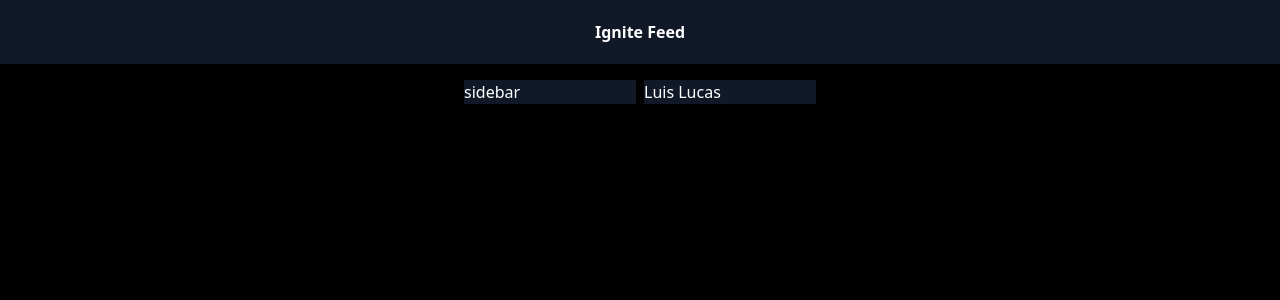
Repository: LuisSempre/ignite-feed
Page: /
These files come from the project's save history. The page is drawn as it stood at one moment and after the next save; the edit follows.
The browser window is 1280 px wide. The pictures show the whole page.
The project was rebuilt for these pictures with package versions that can differ from the ones it lists, and the page was loaded fresh each time. Also part of the build but not shown: vite.config.js.

Above is the page before, as saved 2022-07-13 21:17:07.

### src/App.jsx
import { Header } from "./Components/Header"
function App() {
  return (
    <div>
      <Header />
      <div className="max-w-sm mx-auto p-4 grid grid-cols-2 gap-2 items-start">
        <div className="bg-gray-900">
          sidebar
        </div>
        <div className="bg-gray-900">
          Luis Lucas
        </div>
      </div>
    </div>
  );
}

export default App;

### src/index.css
@tailwind base;
@tailwind components;
@tailwind utilities;

* {
    @apply bg-black text-white;
}

### src/Components/Header.jsx
export function Header() {
  return (
    <div className="flex max-w-7xl items-center justify-center h-16 bg-gray-900">
      <h1 className="font-bold bg-gray-900">Ignite Feed</h1>
    </div>
  )
}

Loaded but not shown: index.html (common file); src/main.jsx (common file); tailwind.config.js (common file)

After the next save:
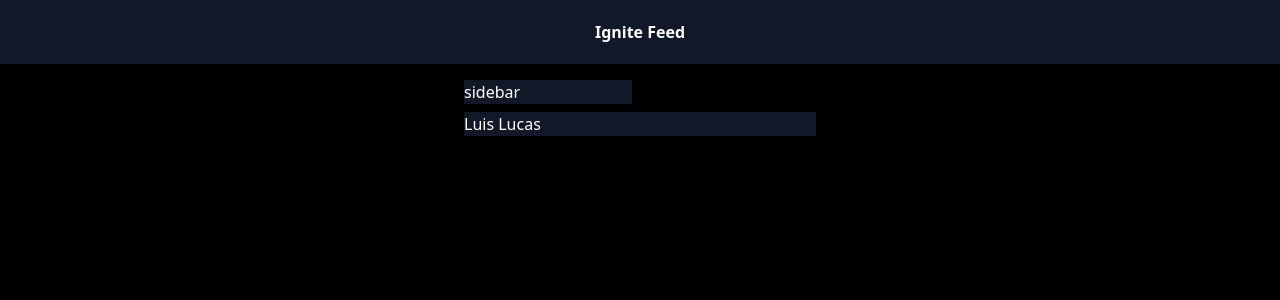
Saved 70 s later.
--- a/src/App.jsx
+++ b/src/App.jsx
@@ -7,7 +7,7 @@ function App() {
         <div className="bg-gray-900">
           sidebar
         </div>
-        <div className="bg-gray-900">
+        <div className="bg-gray-900 col-span-3">
           Luis Lucas
         </div>
       </div>
